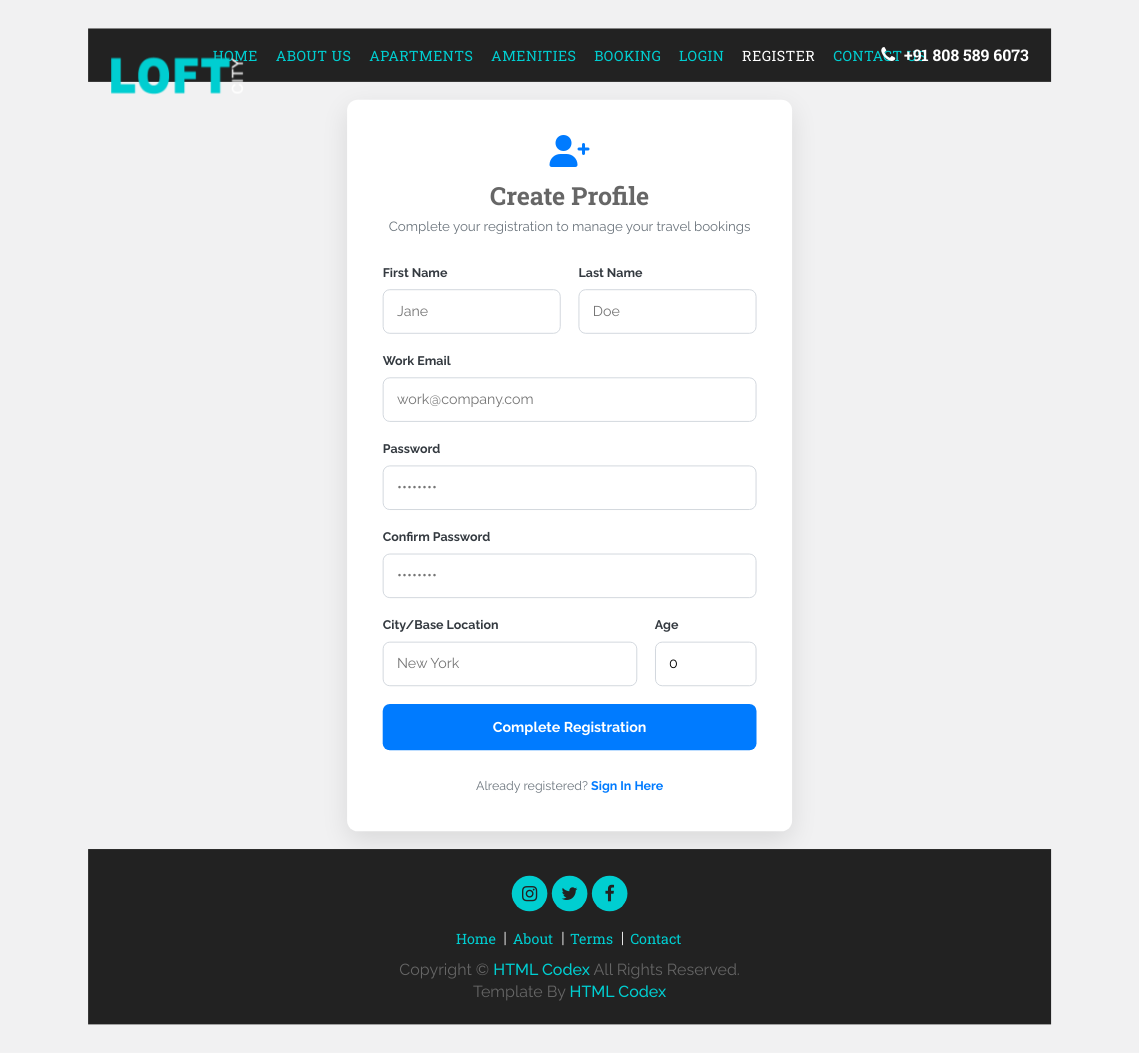
Repository: harshrathore123/ReactPractice
Page: /register (app in RevFullStack/frontend/)
The author's editor kept a copy of each file at every save. The page is drawn from the files as they stood at one save, then again after the next save.
The browser window is 1280 px wide. The pictures show the whole page, at 89% of full size.
The project was rebuilt for these pictures with package versions that can differ from the ones it lists, and the page was loaded fresh each time. Also part of the build but not shown: RevFullStack/frontend/vite.config.js, RevFullStack/frontend/src/component/Aminities.jsx, RevFullStack/frontend/src/component/Booking.jsx, RevFullStack/frontend/src/component/CallUs.jsx, RevFullStack/frontend/src/component/Header.jsx, RevFullStack/frontend/src/component/SearchBar.jsx, RevFullStack/frontend/src/component/Room.jsx, RevFullStack/frontend/src/component/Subscribe.jsx and 8 more.

Above is the page before, as saved 2025-10-18 20:00:48.

After the next save:
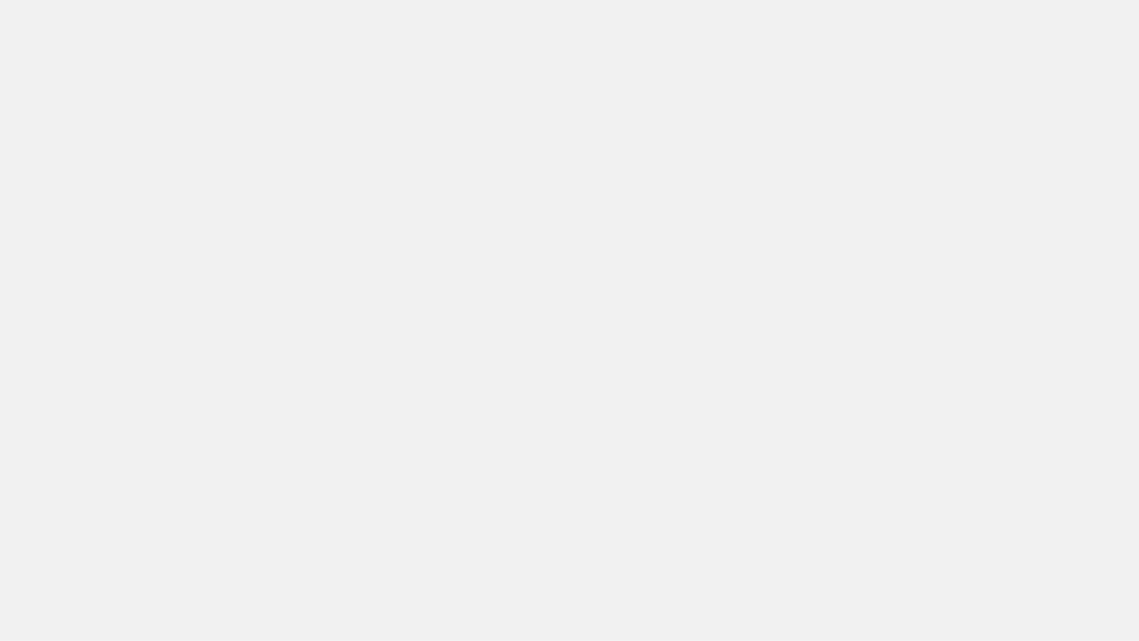
Console error: ReferenceError: addUserdata is not defined
Saved 11 s later.
--- a/RevFullStack/frontend/src/page/Signup.jsx
+++ b/RevFullStack/frontend/src/page/Signup.jsx
@@ -81,7 +81,7 @@ export default function Signup(){
                     </div>
                 </div>
 
-                <button type="submit" className="login-button">
+                <button type="submit" className="login-button" onClick={addUserdata}>
                     Complete Registration
                 </button>
 

After the save that followed:
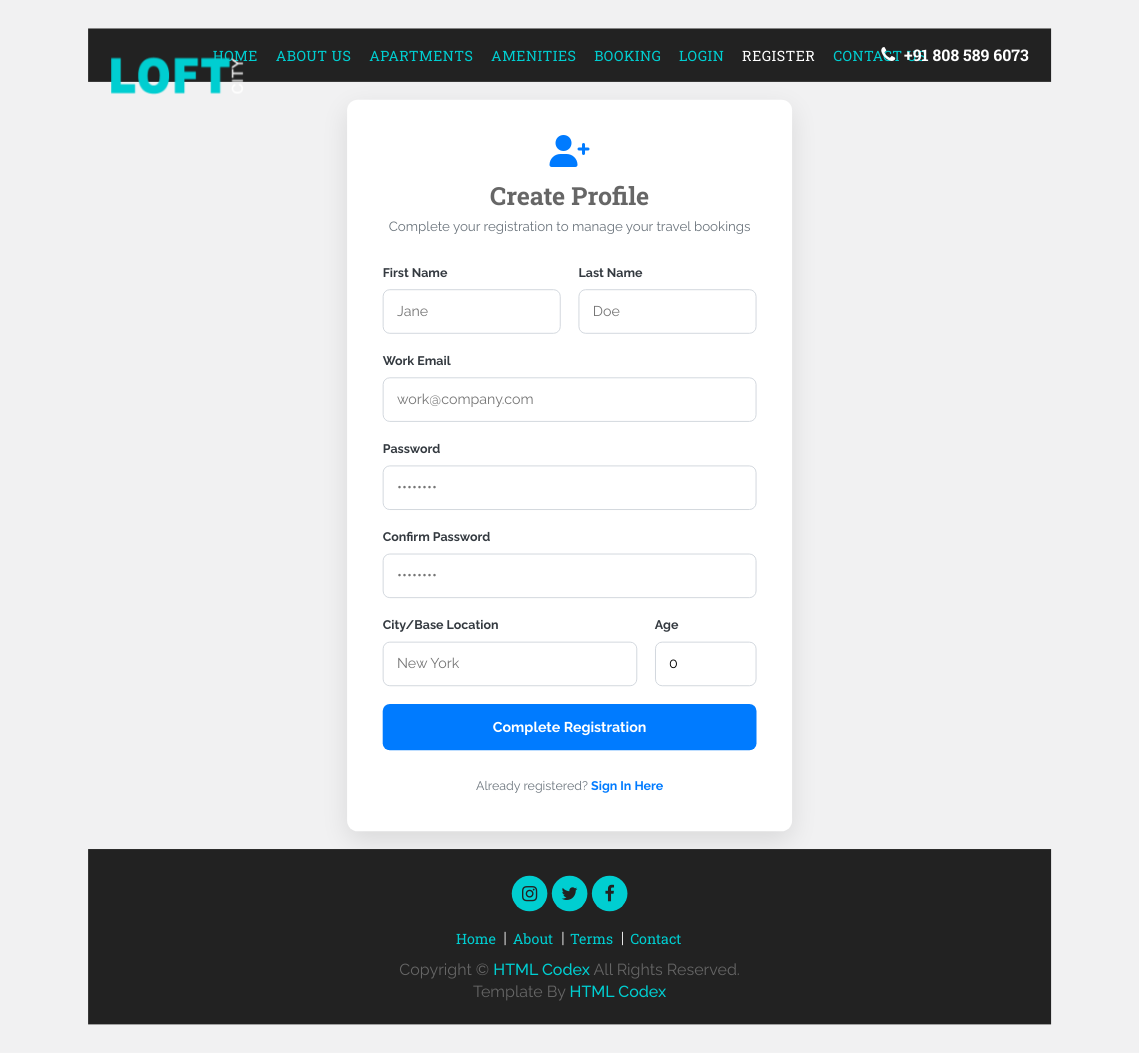
The error is gone.
Saved 37 s later.
--- a/RevFullStack/frontend/src/page/Signup.jsx
+++ b/RevFullStack/frontend/src/page/Signup.jsx
@@ -11,7 +11,9 @@ export default function Signup(){
         age:0
     })
 
-
+    const addUserdata = ()=>{
+        localStorage.getItem('userData',JSON.stringify(userdata));
+    }
     return(
         <>
 
